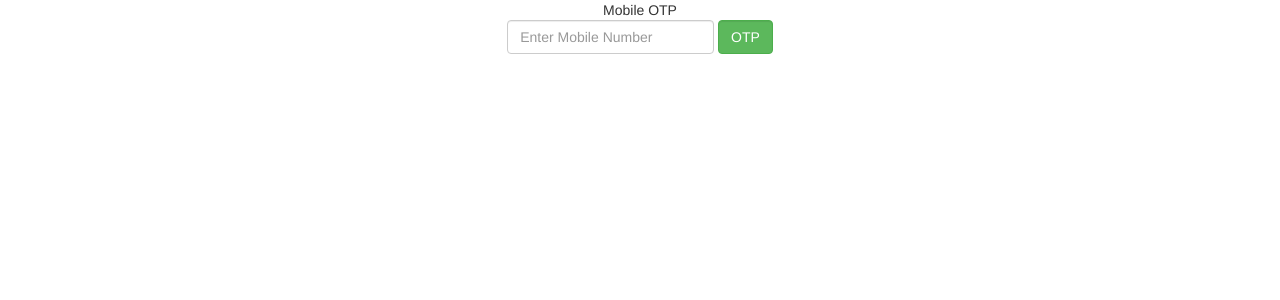
Repository: singhmohan333/springframework
Page: http://localhost/HelloWorld/
An editor plug-in stored every save of this project. The page is shown before and after the next save, followed by the edit.
The browser window is 1280 px wide. The pictures show the whole page.
Some web libraries are served in a nearby version. The page is served by Tomcat 9. Nobody is signed in. The application's start-up code is not run.

Above is the page before, as saved 2018-01-25 02:28:20.

After the next save:
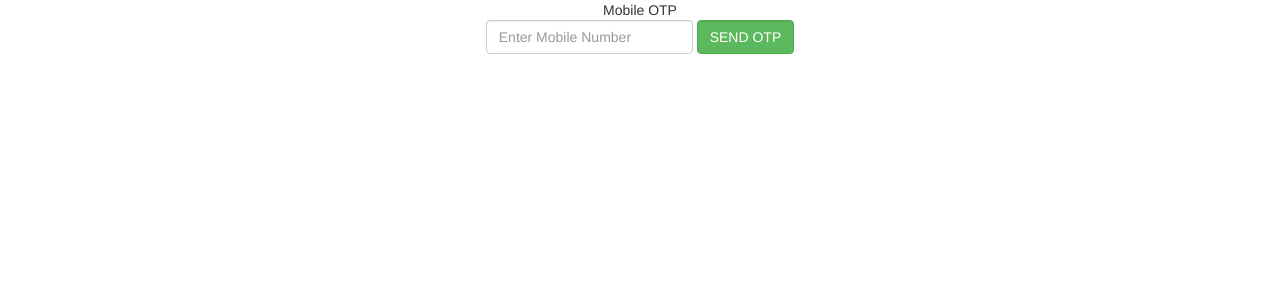
Saved 47 s later.
--- a/HelloWorld/src/main/webapp/index.jsp
+++ b/HelloWorld/src/main/webapp/index.jsp
@@ -27,7 +27,7 @@ function validateForm() {
 		<div class="form-group">
 		<form class="form-inline" name="myForm" action="/SMSClass" onclick="validateForm()">
 		<input class="form-control" type="text" name="mobileNo" placeholder="Enter Mobile Number">
-		<input class="form-control btn-success" type="submit" value="OTP">
+		<input class="form-control btn-success" type="submit" value="SEND OTP">
 
 		</form>
 
